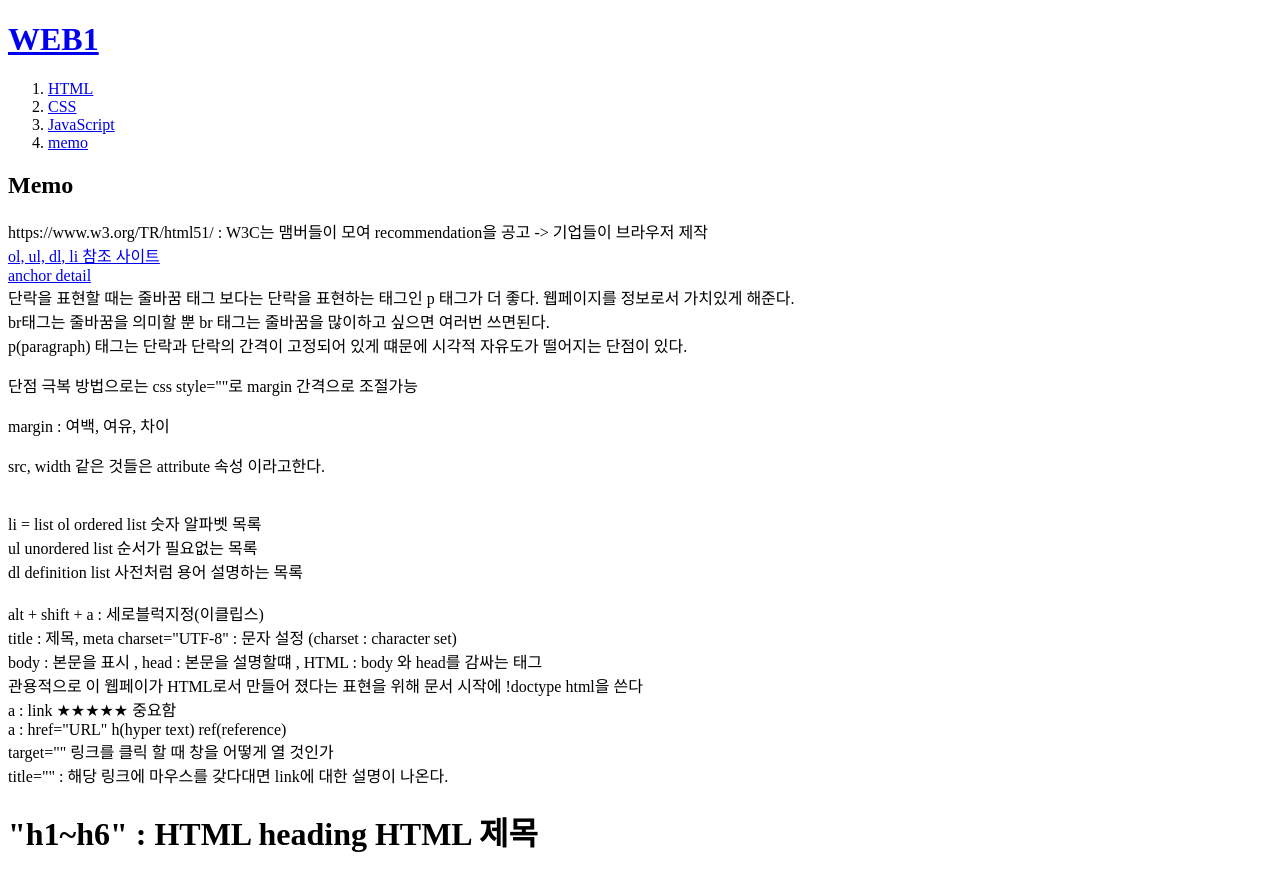
Repository: winterer4/Web-1
Page: HTML5/memo.html
An editor plug-in stored every save of this project. The page is shown before and after the next save, followed by the edit.
The browser window is 1280 px wide. The pictures show the whole page.

Above is the page before, as saved 2018-10-29 07:47:35.

After the next save:
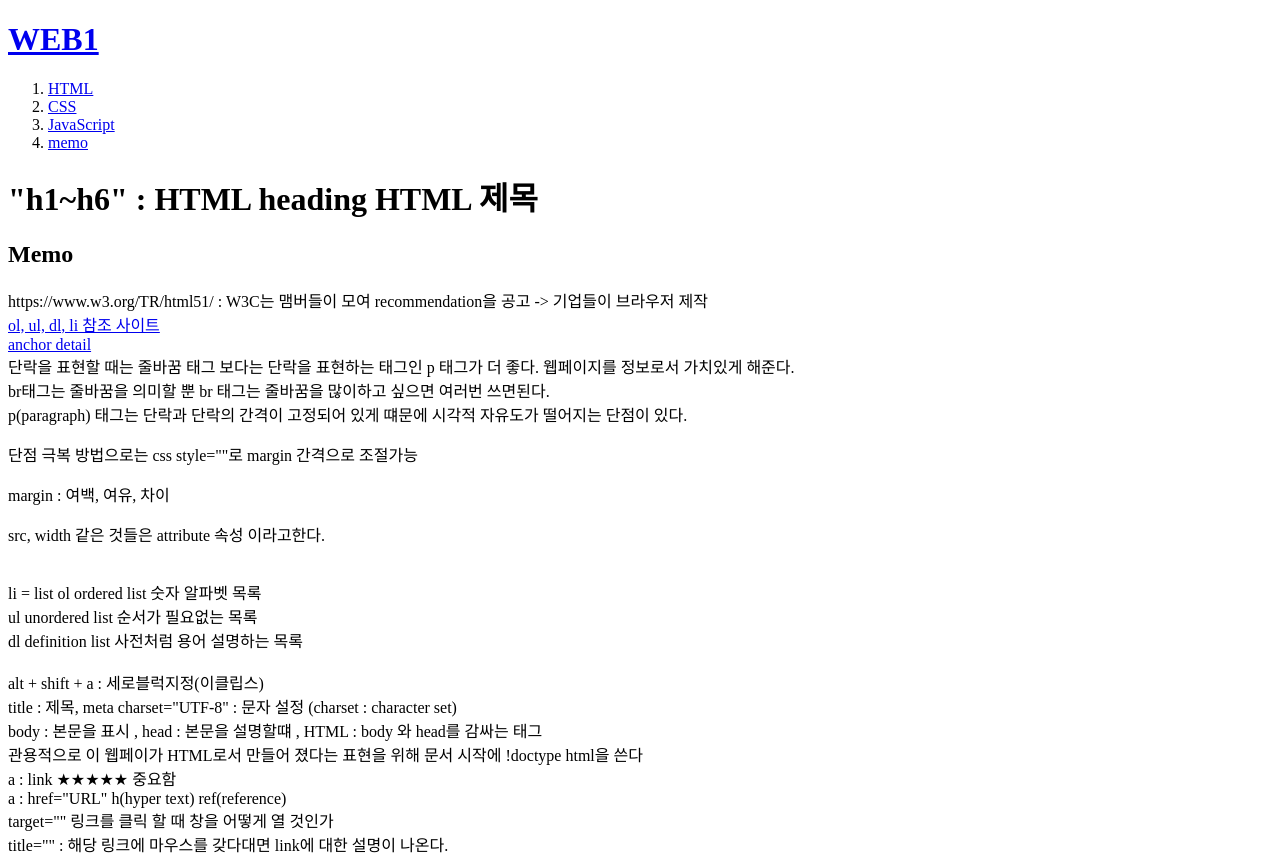
Saved 11 s later.
--- a/HTML5/memo.html
+++ b/HTML5/memo.html
@@ -13,6 +13,8 @@
 	<li><a href="memo.html">memo</a></li>
 </ol>
 
+
+<h1>"h1~h6" : HTML heading HTML 제목</h1>
 	<h2>Memo</h2>
 <body>
 
@@ -47,7 +49,6 @@ https://www.w3.org/TR/html51/ : W3C는 맴버들이 모여 recommendation을 공
 	  title="" : 해당 링크에 마우스를 갖다대면 link에 대한 설명이 나온다.
 
 
-<h1>"h1~h6" : HTML heading HTML 제목</h1>
 
 
 
